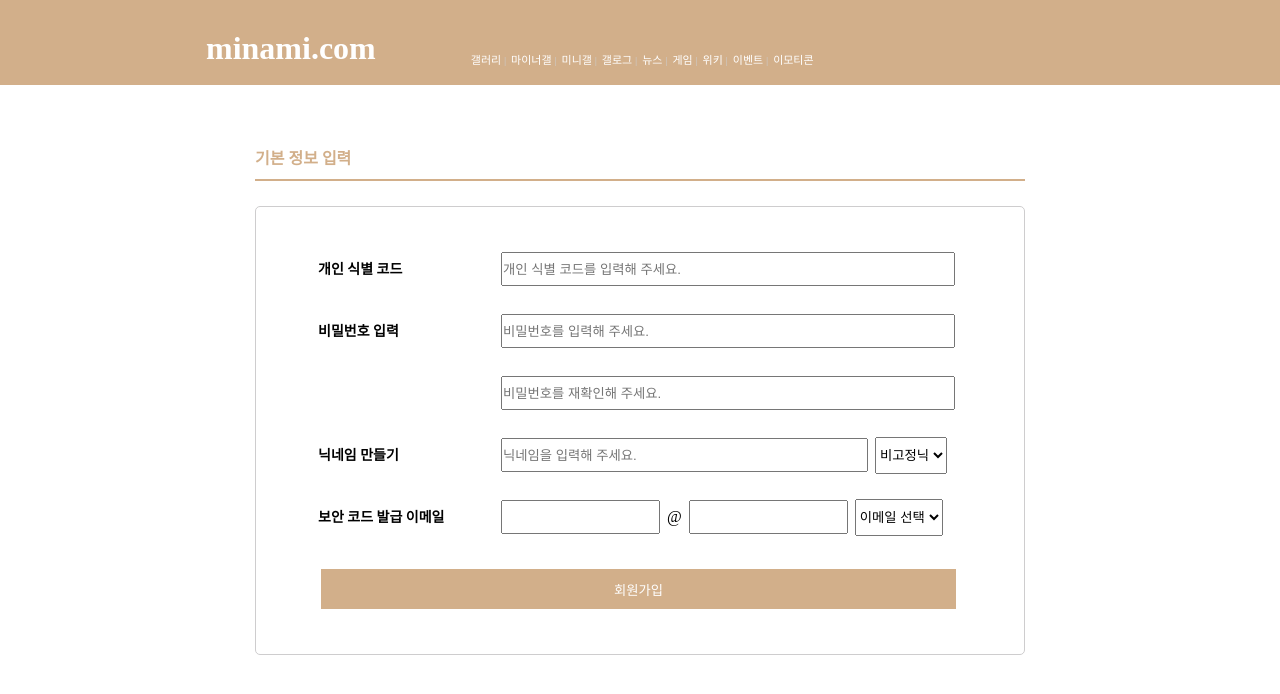
Repository: Minami0717/JSP_Study
Page: http://localhost/JSP_Gall/jsp/joinForm.jsp
The author's editor kept a copy of each file at every save. The page is drawn from the files as they stood at one save, then again after the next save.
The browser window is 1280 px wide. The pictures show the whole page.
The page is served by Tomcat 9.

Above is the page before, as saved 2023-02-15 07:14:24.

After the next save:
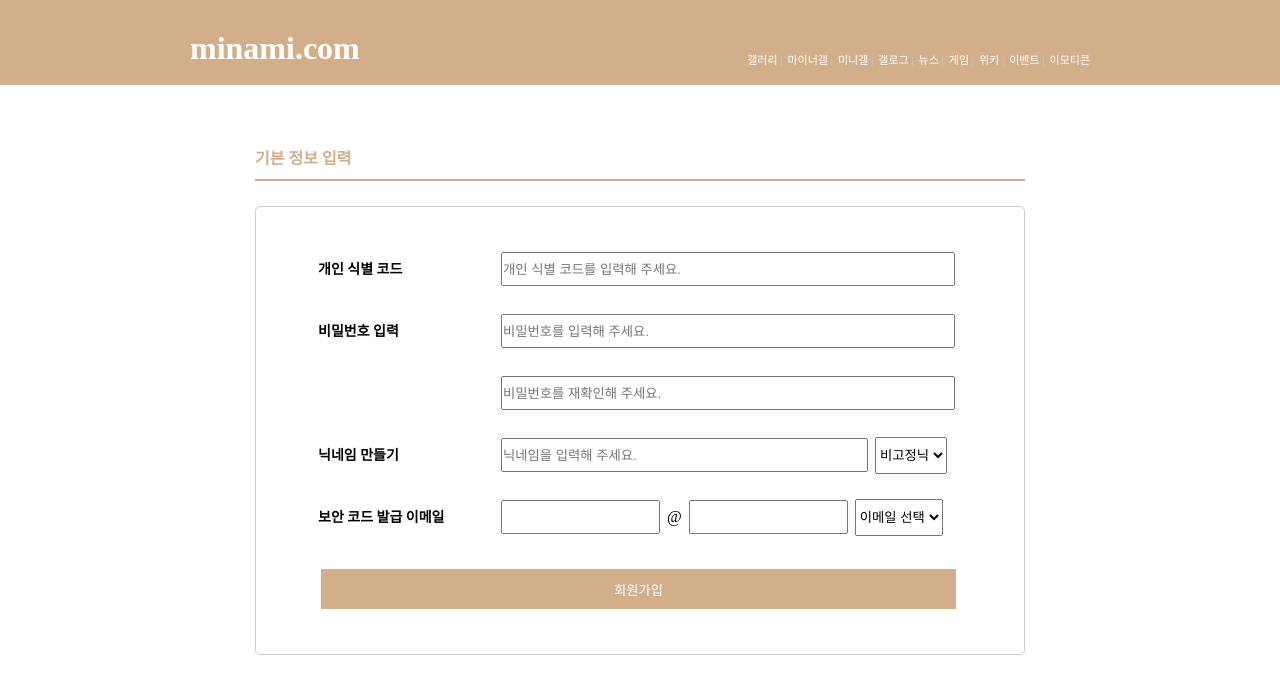
Saved 53 s later.
--- a/JSP_Gall/src/main/webapp/jsp/joinForm.jsp
+++ b/JSP_Gall/src/main/webapp/jsp/joinForm.jsp
@@ -11,11 +11,11 @@
 	li,ul,h1 {display: inline-block;}
 
 	header {background: #d2af8a;}
-	header > div {width: 868px; position: relative; margin: 0 auto; height: 85px;}
+	header > div {width: 900px; position: relative; margin: 0 auto; height: 85px;}
 	header a {color: white;}
 	header li {font-size: 11px; color: #ccc; margin-left: 5px;}
 	header li a:hover {text-decoration: underline;}
-	header ul {position: absolute; right: 30%; top: 50px;}
+	header ul {position: absolute; right: 0; top: 50px;}
 	header h1 {position: absolute; left: 0; top: 30px;}
 
 	section {width: 770px; margin: 0 auto;}
